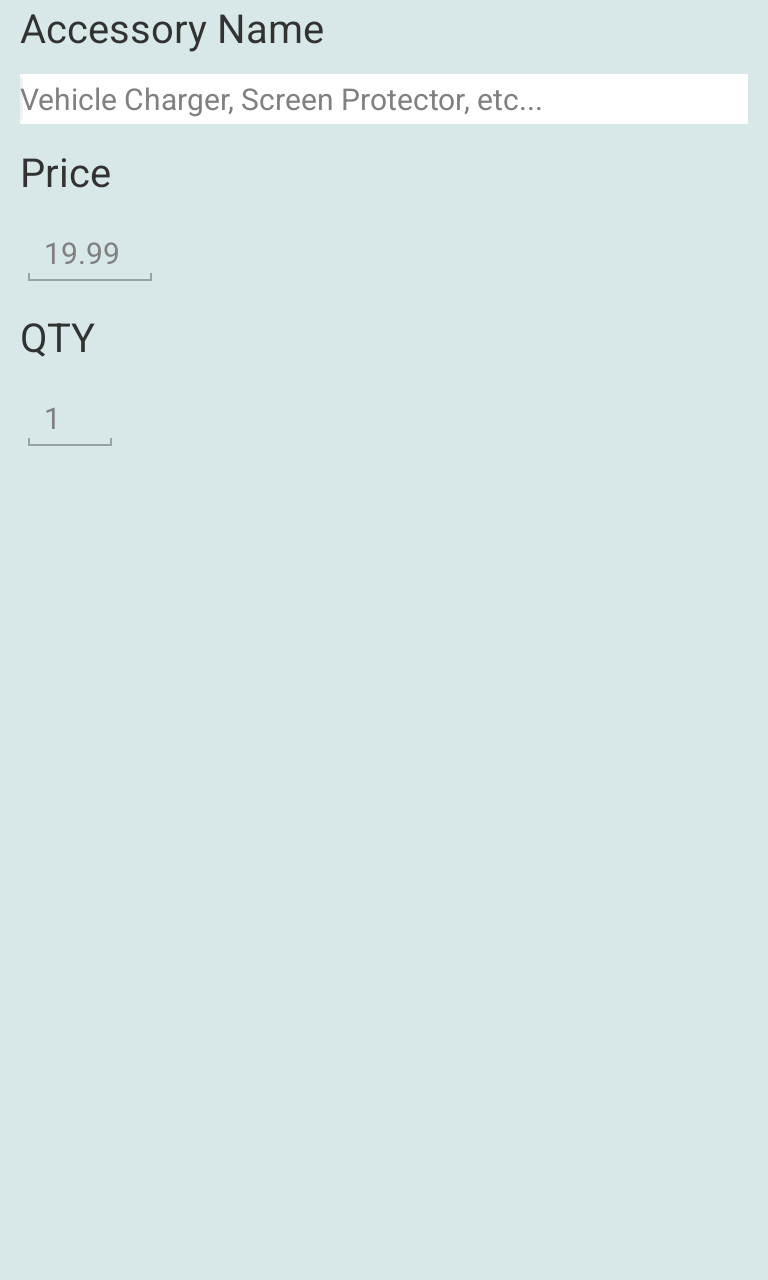
Repository: jemcphe/XCell
Layout: XCell/res/layout/frag_accessories.xml
These files come from the project's save history. The layout is drawn as it stood at one moment and after the next save; the edit follows.
It is drawn on a 768 x 1280 px phone screen (xhdpi) without system bars, with theme Theme.Xcell; the app's code is not run.

Above is the layout before, as saved 2013-08-16 02:47:34.

### XCell/res/layout/frag_accessories.xml
<?xml version="1.0" encoding="utf-8"?>
<LinearLayout xmlns:android="http://schemas.android.com/apk/res/android"
    android:id="@+id/frag_accessories"
    android:layout_width="match_parent"
    android:layout_height="match_parent"
    android:background="@color/background_xcell"
    android:orientation="vertical" >

    <TextView
        android:layout_width="300dp"
        android:layout_height="wrap_content"
        android:textSize="20sp"
        android:layout_marginLeft="10dp"
        android:text="Accessory Name"/>

    <EditText
        android:id="@+id/editText1"
        android:layout_width="match_parent"
        android:layout_height="25dp"
        android:hint="Vehicle Charger, Screen Protector, etc..."
        android:layout_marginLeft="10dp"
        android:textSize="15sp"
        android:textColor="#000"
        android:layout_marginTop="10dp"
        android:layout_marginRight="10dp"
        android:background="#fff">

        <requestFocus />
    </EditText>

    <TextView
        android:id="@+id/textView1"
        android:layout_width="wrap_content"
        android:layout_height="wrap_content"
        android:text="Price"
        android:textSize="20sp"
        android:layout_marginLeft="10dp"
        android:layout_marginTop="10dp"
         />

    <EditText
        android:id="@+id/editText2"
        android:layout_width="70dp"
        android:layout_height="wrap_content"
        android:textSize="15sp"
        android:inputType="numberDecimal"
        android:layout_marginLeft="10dp"
        android:layout_marginTop="10dp"
        android:hint="19.99" />

    <TextView
        android:id="@+id/textView2"
        android:layout_width="wrap_content"
        android:layout_height="wrap_content"
        android:text="QTY"
        android:textSize="20sp"
        android:layout_marginLeft="10dp"
        android:layout_marginTop="10dp" />

    <EditText
        android:id="@+id/editText3"
        android:layout_width="50dp"
        android:layout_height="wrap_content"
        android:textSize="15sp"
        android:inputType="number"
        android:layout_marginLeft="10dp"
        android:layout_marginTop="10dp"
        android:hint="1" />

</LinearLayout>

### XCell/res/values/styles_xcell.xml
<?xml version="1.0" encoding="utf-8"?>

<resources>

    <style name="Theme.Xcell" parent="@android:style/Theme.Holo.Light">
        <item name="android:actionBarItemBackground">@drawable/selectable_background_xcell</item>
        <item name="android:popupMenuStyle">@style/PopupMenu.Xcell</item>
        <item name="android:dropDownListViewStyle">@style/DropDownListView.Xcell</item>
        <item name="android:actionBarTabStyle">@style/ActionBarTabStyle.Xcell</item>
        <item name="android:actionDropDownStyle">@style/DropDownNav.Xcell</item>
        <item name="android:actionBarStyle">@style/ActionBar.Solid.Xcell</item>
        <item name="android:actionModeBackground">@drawable/cab_background_top_xcell</item>
        <item name="android:actionModeSplitBackground">@drawable/cab_background_bottom_xcell</item>
        <item name="android:actionModeCloseButtonStyle">@style/ActionButton.CloseMode.Xcell</item>


    </style>

    <style name="ActionBar.Solid.Xcell" parent="@android:style/Widget.Holo.Light.ActionBar.Solid">
        <item name="android:background">@drawable/ab_background_textured_xcell</item>
        <item name="android:backgroundStacked">@drawable/ab_stacked_solid_xcell</item>
        <item name="android:backgroundSplit">@drawable/ab_background_textured_xcell</item>
        <item name="android:progressBarStyle">@style/ProgressBar.Xcell</item>
    </style>

    <style name="ActionBar.Transparent.Xcell" parent="@android:style/Widget.Holo.Light.ActionBar">
        <item name="android:background">@drawable/ab_transparent_xcell</item>
        <item name="android:progressBarStyle">@style/ProgressBar.Xcell</item>
    </style>

    <style name="PopupMenu.Xcell" parent="@android:style/Widget.Holo.Light.ListPopupWindow">
        <item name="android:popupBackground">@drawable/menu_dropdown_panel_xcell</item>
    </style>

    <style name="DropDownListView.Xcell" parent="@android:style/Widget.Holo.Light.ListView.DropDown">
        <item name="android:listSelector">@drawable/selectable_background_xcell</item>
    </style>

    <style name="ActionBarTabStyle.Xcell" parent="@android:style/Widget.Holo.Light.ActionBar.TabView">
        <item name="android:background">@drawable/tab_indicator_ab_xcell</item>
    </style>

    <style name="DropDownNav.Xcell" parent="@android:style/Widget.Holo.Light.Spinner">
        <item name="android:background">@drawable/spinner_background_ab_xcell</item>
        <item name="android:popupBackground">@drawable/menu_dropdown_panel_xcell</item>
        <item name="android:dropDownSelector">@drawable/selectable_background_xcell</item>
    </style>

    <style name="ProgressBar.Xcell" parent="@android:style/Widget.Holo.Light.ProgressBar.Horizontal">
        <item name="android:progressDrawable">@drawable/progress_horizontal_xcell</item>
    </style>

    <style name="ActionButton.CloseMode.Xcell" parent="@android:style/Widget.Holo.Light.ActionButton.CloseMode">
        <item name="android:background">@drawable/btn_cab_done_xcell</item>
    </style>

    <!-- this style is only referenced in a Light.DarkActionBar based theme -->
    <style name="Theme.Xcell.Widget" parent="@android:style/Theme.Holo">
        <item name="android:popupMenuStyle">@style/PopupMenu.Xcell</item>
        <item name="android:dropDownListViewStyle">@style/DropDownListView.Xcell</item>
    </style>

</resources>

### XCell/res/drawable/selectable_background_xcell.xml
<?xml version="1.0" encoding="utf-8"?>
<!-- File created by the Android Action Bar Style Generator

     Copyright (C) 2011 The Android Open Source Project
     Copyright (C) 2012 readyState Software Ltd

     Licensed under the Apache License, Version 2.0 (the "License");
     you may not use this file except in compliance with the License.
     You may obtain a copy of the License at

          http://www.apache.org/licenses/LICENSE-2.0

     Unless required by applicable law or agreed to in writing, software
     distributed under the License is distributed on an "AS IS" BASIS,
     WITHOUT WARRANTIES OR CONDITIONS OF ANY KIND, either express or implied.
     See the License for the specific language governing permissions and
     limitations under the License.
-->

<selector xmlns:android="http://schemas.android.com/apk/res/android"
        android:exitFadeDuration="@android:integer/config_mediumAnimTime" >
    <item android:state_pressed="false" android:state_focused="true" android:drawable="@drawable/list_focused_xcell" />
    <item android:state_pressed="true" android:drawable="@drawable/pressed_background_xcell" />
    <item android:drawable="@android:color/transparent" />
</selector>

### XCell/res/drawable/btn_cab_done_xcell.xml
<?xml version="1.0" encoding="utf-8"?>
<!-- File created by the Android Action Bar Style Generator

     Copyright (C) 2011 The Android Open Source Project
     Copyright (C) 2012 readyState Software Ltd

     Licensed under the Apache License, Version 2.0 (the "License");
     you may not use this file except in compliance with the License.
     You may obtain a copy of the License at

          http://www.apache.org/licenses/LICENSE-2.0

     Unless required by applicable law or agreed to in writing, software
     distributed under the License is distributed on an "AS IS" BASIS,
     WITHOUT WARRANTIES OR CONDITIONS OF ANY KIND, either express or implied.
     See the License for the specific language governing permissions and
     limitations under the License.
-->

<selector xmlns:android="http://schemas.android.com/apk/res/android">
    <item android:state_pressed="true"
        android:drawable="@drawable/btn_cab_done_pressed_xcell" />
    <item android:state_focused="true" android:state_enabled="true"
        android:drawable="@drawable/btn_cab_done_focused_xcell" />
    <item android:state_enabled="true"
        android:drawable="@drawable/btn_cab_done_default_xcell" />
</selector>

### XCell/res/drawable/ab_background_textured_xcell.xml
<?xml version="1.0" encoding="utf-8"?>
<!-- File created by the Android Action Bar Style Generator

     Copyright (C) 2012 readyState Software Ltd

     Licensed under the Apache License, Version 2.0 (the "License");
     you may not use this file except in compliance with the License.
     You may obtain a copy of the License at

          http://www.apache.org/licenses/LICENSE-2.0

     Unless required by applicable law or agreed to in writing, software
     distributed under the License is distributed on an "AS IS" BASIS,
     WITHOUT WARRANTIES OR CONDITIONS OF ANY KIND, either express or implied.
     See the License for the specific language governing permissions and
     limitations under the License.
-->

<bitmap xmlns:android="http://schemas.android.com/apk/res/android"
    android:src="@drawable/ab_texture_tile_xcell"
    android:tileMode="repeat" />

### XCell/res/drawable/progress_horizontal_xcell.xml
<?xml version="1.0" encoding="utf-8"?>
<!-- File created by the Android Action Bar Style Generator

     Copyright (C) 2011 The Android Open Source Project
     Copyright (C) 2012 readyState Software Ltd

     Licensed under the Apache License, Version 2.0 (the "License");
     you may not use this file except in compliance with the License.
     You may obtain a copy of the License at

          http://www.apache.org/licenses/LICENSE-2.0

     Unless required by applicable law or agreed to in writing, software
     distributed under the License is distributed on an "AS IS" BASIS,
     WITHOUT WARRANTIES OR CONDITIONS OF ANY KIND, either express or implied.
     See the License for the specific language governing permissions and
     limitations under the License.
-->

<layer-list xmlns:android="http://schemas.android.com/apk/res/android">

    <item android:id="@android:id/background"
          android:drawable="@drawable/progress_bg_xcell" />

    <item android:id="@android:id/secondaryProgress">
        <scale android:scaleWidth="100%"
               android:drawable="@drawable/progress_secondary_xcell" />
    </item>

    <item android:id="@android:id/progress">
        <scale android:scaleWidth="100%"
               android:drawable="@drawable/progress_primary_xcell" />
    </item>

</layer-list>

### XCell/res/drawable/spinner_background_ab_xcell.xml
<?xml version="1.0" encoding="utf-8"?>
<!-- File created by the Android Action Bar Style Generator

     Copyright (C) 2011 The Android Open Source Project
     Copyright (C) 2012 readyState Software Ltd

     Licensed under the Apache License, Version 2.0 (the "License");
     you may not use this file except in compliance with the License.
     You may obtain a copy of the License at

          http://www.apache.org/licenses/LICENSE-2.0

     Unless required by applicable law or agreed to in writing, software
     distributed under the License is distributed on an "AS IS" BASIS,
     WITHOUT WARRANTIES OR CONDITIONS OF ANY KIND, either express or implied.
     See the License for the specific language governing permissions and
     limitations under the License.
-->

<selector xmlns:android="http://schemas.android.com/apk/res/android">
    <item android:state_enabled="false"
        android:drawable="@drawable/spinner_ab_disabled_xcell" />
    <item android:state_pressed="true"
        android:drawable="@drawable/spinner_ab_pressed_xcell" />
    <item android:state_pressed="false" android:state_focused="true"
        android:drawable="@drawable/spinner_ab_focused_xcell" />
    <item android:drawable="@drawable/spinner_ab_default_xcell" />
</selector>

### XCell/res/drawable/tab_indicator_ab_xcell.xml
<?xml version="1.0" encoding="utf-8"?>
<!-- File created by the Android Action Bar Style Generator

     Copyright (C) 2011 The Android Open Source Project
     Copyright (C) 2012 readyState Software Ltd

     Licensed under the Apache License, Version 2.0 (the "License");
     you may not use this file except in compliance with the License.
     You may obtain a copy of the License at

          http://www.apache.org/licenses/LICENSE-2.0

     Unless required by applicable law or agreed to in writing, software
     distributed under the License is distributed on an "AS IS" BASIS,
     WITHOUT WARRANTIES OR CONDITIONS OF ANY KIND, either express or implied.
     See the License for the specific language governing permissions and
     limitations under the License.
-->

<selector xmlns:android="http://schemas.android.com/apk/res/android">
    <!-- Non focused states -->
    <item android:state_focused="false" android:state_selected="false" android:state_pressed="false" android:drawable="@android:color/transparent" />
    <item android:state_focused="false" android:state_selected="true"  android:state_pressed="false" android:drawable="@drawable/tab_selected_xcell" />

    <!-- Focused states -->
    <item android:state_focused="true" android:state_selected="false" android:state_pressed="false" android:drawable="@drawable/tab_unselected_focused_xcell" />
    <item android:state_focused="true" android:state_selected="true"  android:state_pressed="false" android:drawable="@drawable/tab_selected_focused_xcell" />

    <!-- Pressed -->
    <!--    Non focused states -->
    <item android:state_focused="false" android:state_selected="false" android:state_pressed="true" android:drawable="@drawable/tab_unselected_pressed_xcell" />
    <item android:state_focused="false" android:state_selected="true"  android:state_pressed="true" android:drawable="@drawable/tab_selected_pressed_xcell" />

    <!--    Focused states -->
    <item android:state_focused="true" android:state_selected="false" android:state_pressed="true" android:drawable="@drawable/tab_unselected_pressed_xcell" />
    <item android:state_focused="true" android:state_selected="true"  android:state_pressed="true" android:drawable="@drawable/tab_selected_pressed_xcell" />
</selector>

### XCell/res/drawable/pressed_background_xcell.xml
<?xml version="1.0" encoding="utf-8"?>
<!-- File created by the Android Action Bar Style Generator

     Copyright (C) 2011 The Android Open Source Project
     Copyright (C) 2012 readyState Software Ltd

     Licensed under the Apache License, Version 2.0 (the "License");
     you may not use this file except in compliance with the License.
     You may obtain a copy of the License at

          http://www.apache.org/licenses/LICENSE-2.0

     Unless required by applicable law or agreed to in writing, software
     distributed under the License is distributed on an "AS IS" BASIS,
     WITHOUT WARRANTIES OR CONDITIONS OF ANY KIND, either express or implied.
     See the License for the specific language governing permissions and
     limitations under the License.
-->

<shape xmlns:android="http://schemas.android.com/apk/res/android" android:shape="rectangle">
    <solid android:color="@color/pressed_xcell" />
</shape>

### XCell/res/values/colors_xcell.xml
<?xml version="1.0" encoding="utf-8"?>
<!-- File created by the Android Action Bar Style Generator

     Copyright (C) 2011 The Android Open Source Project
     Copyright (C) 2012 readyState Software Ltd

     Licensed under the Apache License, Version 2.0 (the "License");
     you may not use this file except in compliance with the License.
     You may obtain a copy of the License at

          http://www.apache.org/licenses/LICENSE-2.0

     Unless required by applicable law or agreed to in writing, software
     distributed under the License is distributed on an "AS IS" BASIS,
     WITHOUT WARRANTIES OR CONDITIONS OF ANY KIND, either express or implied.
     See the License for the specific language governing permissions and
     limitations under the License.
-->

<resources>
    <color name="pressed_xcell">#CC33B5E5</color>
    <color name="background_xcell">#d8e8e8</color>
    <color name="xcell_blue">#12679b</color>
</resources>

After the next save:
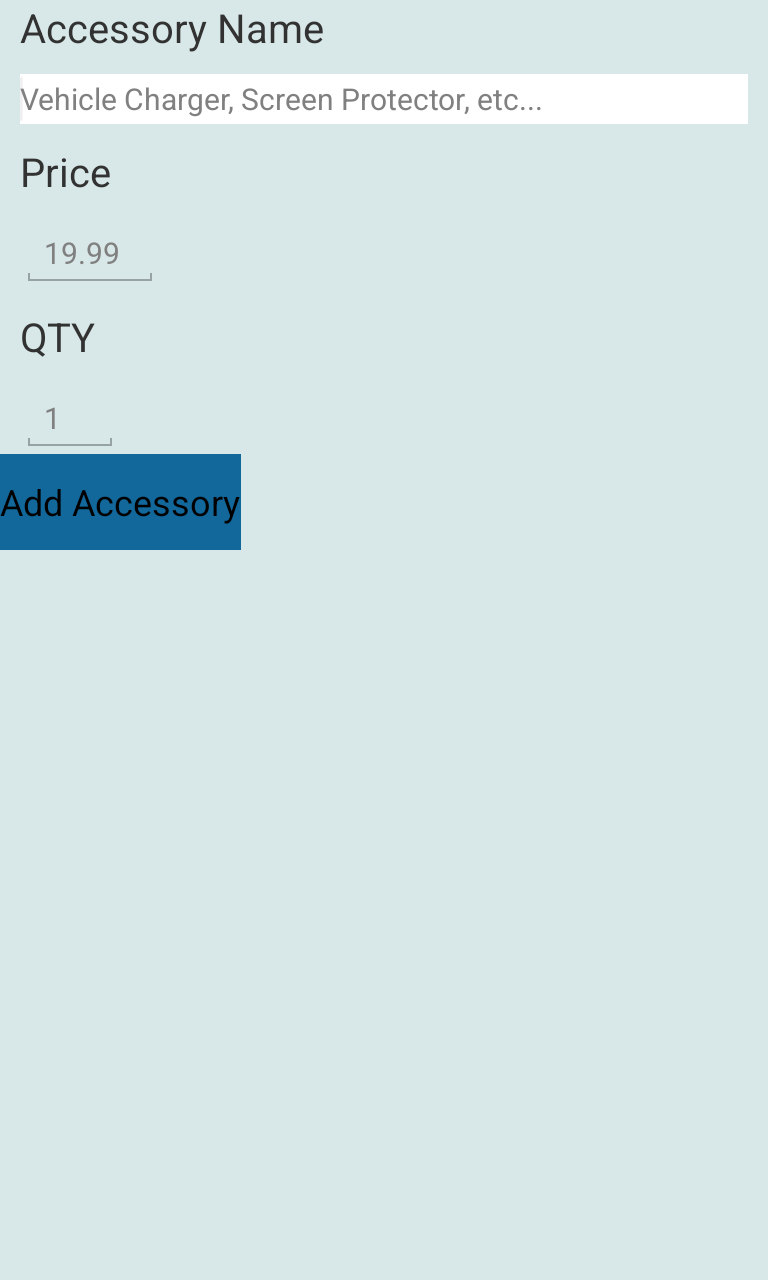
Saved 5 min 59 s later.
--- a/XCell/res/layout/frag_accessories.xml
+++ b/XCell/res/layout/frag_accessories.xml
@@ -67,4 +67,11 @@
         android:layout_marginTop="10dp"
         android:hint="1" />
 
+    <Button
+        android:id="@+id/addButton"
+        android:layout_width="wrap_content"
+        android:layout_height="wrap_content"
+        android:text="Add Accessory"
+        android:background="@color/xcell_blue" />
+
 </LinearLayout>
